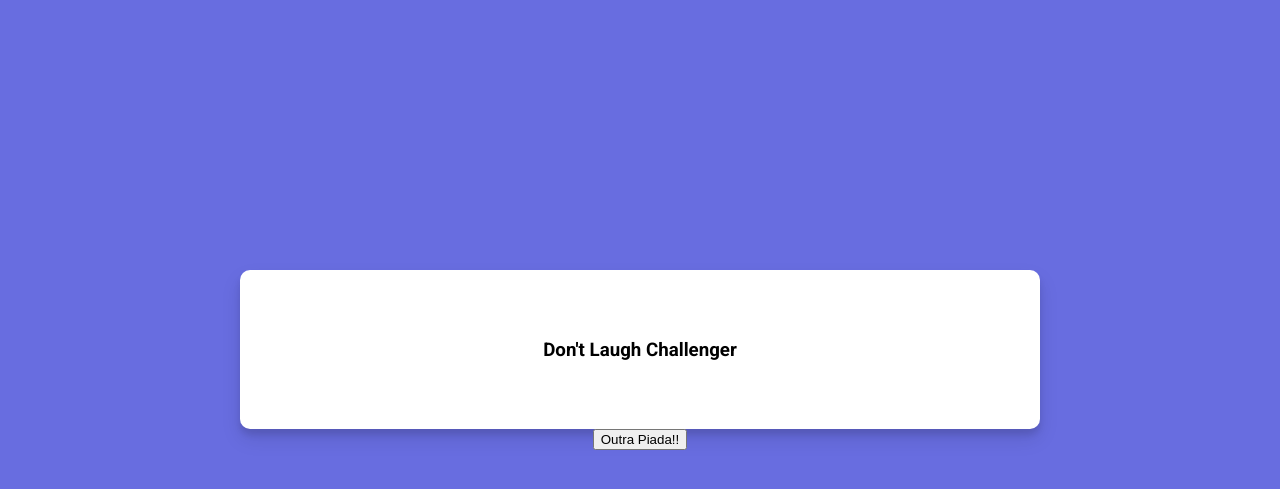
Repository: Williamlmachado/Dad-Jokes
Page: index.html
The author's editor kept a copy of each file at every save. The page is drawn from the files as they stood at one save, then again after the next save.
The browser window is 1280 px wide. The pictures show the whole page.

Above is the page before, as saved 2021-08-21 12:55:19.

After the next save:
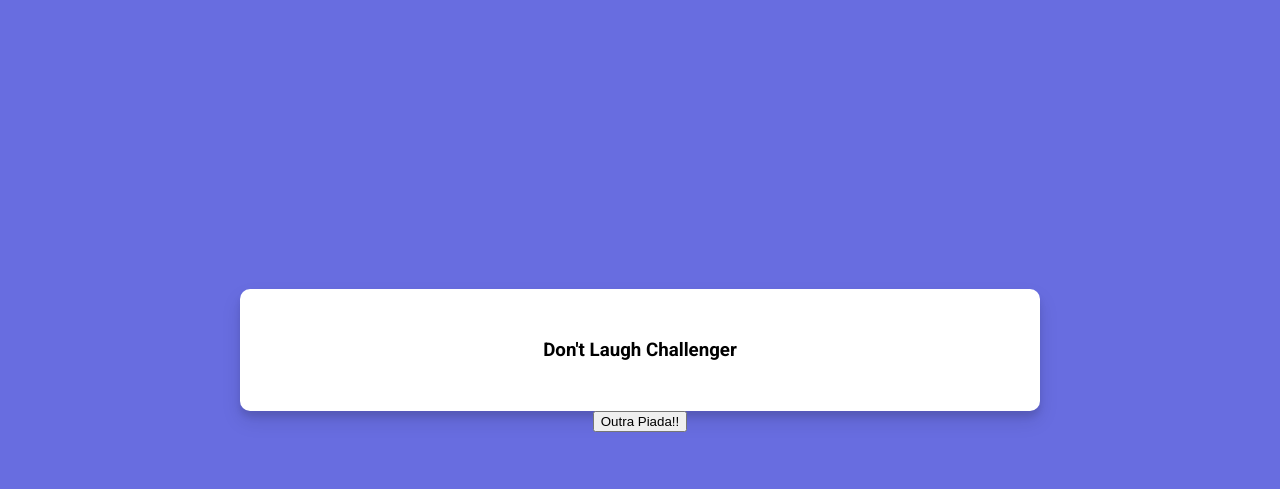
Saved 2 min 11 s later.
--- a/style.css
+++ b/style.css
@@ -25,3 +25,7 @@ body {
     max-width: 100%;
     width: 800px;
 }
+h3{
+    margin: 0;
+
+}
